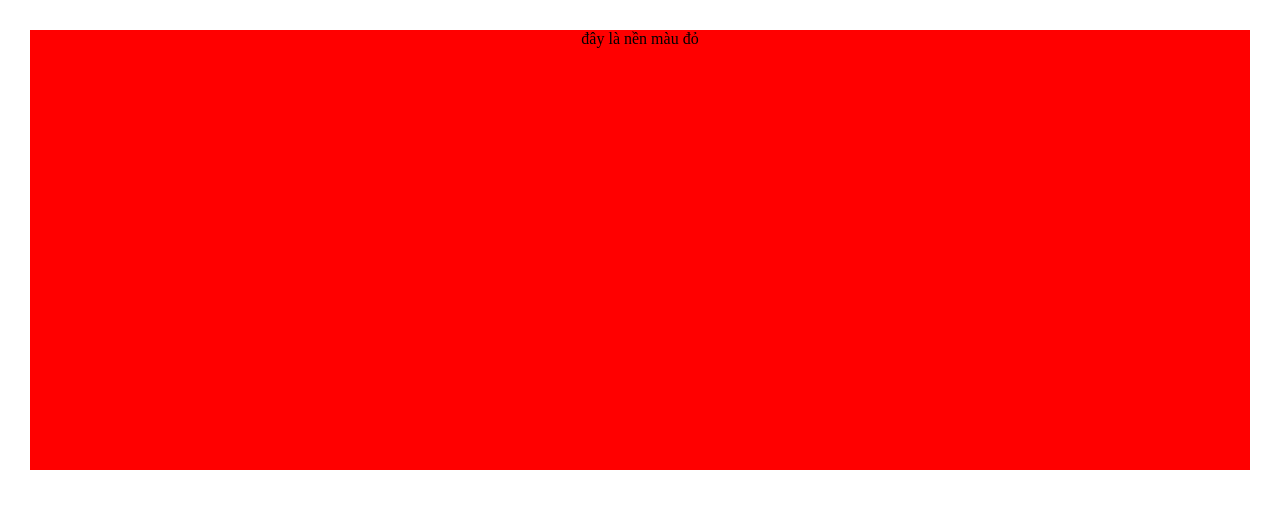
Repository: phanvu0103/HTML-CSS
Page: CSS_08.2_Background-clip/index.html
An editor plug-in stored every save of this project. The page is shown before and after the next save, followed by the edit.
The browser window is 1280 px wide. The pictures show the whole page.

Above is the page before, as saved 2022-09-28 09:18:52.

### CSS_08.2_Background-clip/index.html
<!DOCTYPE html>
<html>
  <head>
    <title>Vũ Hên Khải</title>
    <meta charset="utf-8" />
    <link rel="stylesheet" href="style.css" />
    <style>
      /* html,body{
                    margin: 0;
                }

                .header{
                    width: 100%;
                    height: 100px;
                    background-color: red;
                    padding: 20px;
                    box-sizing: border-box;
                    border: 10px dashed #fff;
                    background-clip: content-box;
                } */
    </style>
  </head>
  <body>
    <div class="header">đây là nền màu đỏ</div>
  </body>
</html>

### CSS_08.2_Background-clip/style.css
html,
body {
  margin: 0;
}

.header {
  width: 100%;
  height: 500px;
  background-color: red;
  padding: 20px;
  box-sizing: border-box;
  border: 10px dashed #fff;
  background-clip: content-box;
  text-align: center;
}

After the next save:
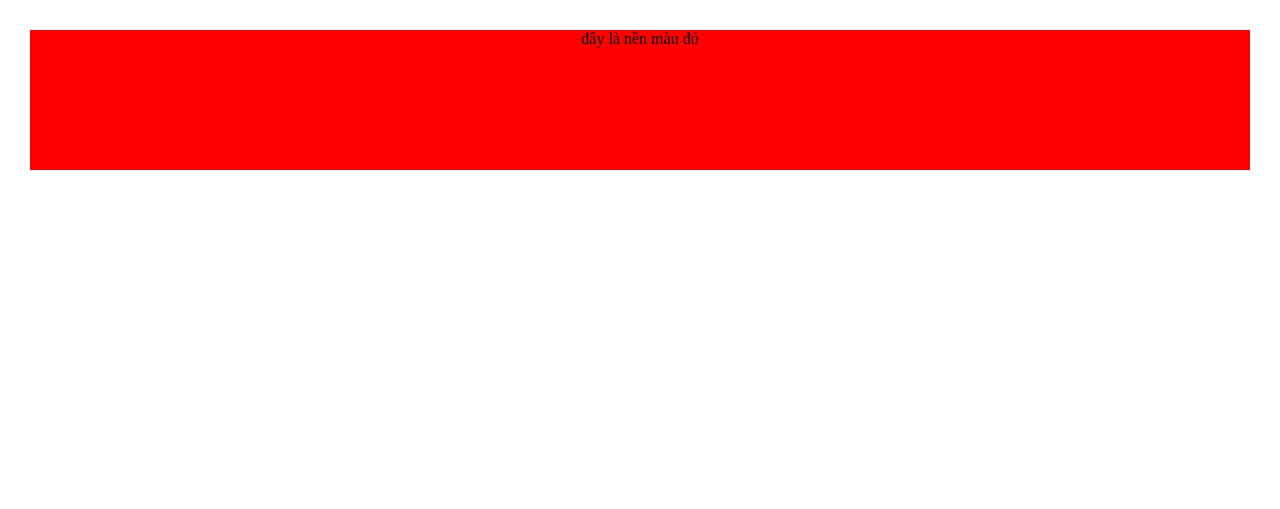
Saved 22 s later.
--- a/CSS_08.2_Background-clip/style.css
+++ b/CSS_08.2_Background-clip/style.css
@@ -5,7 +5,7 @@ body {
 
 .header {
   width: 100%;
-  height: 500px;
+  height: 200px;
   background-color: red;
   padding: 20px;
   box-sizing: border-box;
